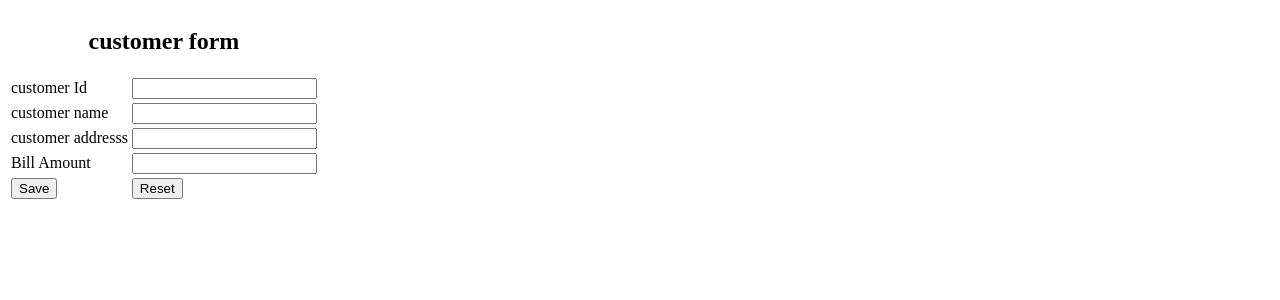
Repository: theplaygod97/Deloitte
Page: Day 16/SpringMVCDemo1/WebContent/Customer Form.html
An editor plug-in stored every save of this project. The page is shown before and after the next save, followed by the edit.
The browser window is 1280 px wide. The pictures show the whole page.

Above is the page before, as saved 2020-01-13 10:55:25.

After the next save:
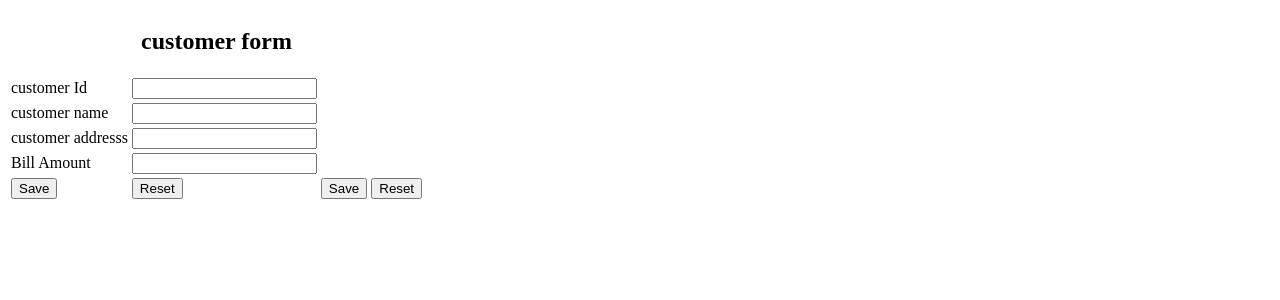
Saved 112 s later.
--- a/Day 16/SpringMVCDemo1/WebContent/Customer Form.html
+++ b/Day 16/SpringMVCDemo1/WebContent/Customer Form.html
@@ -22,7 +22,9 @@
 
 <tr><td>Bill Amount</td><td><input type="text" name="billAmount" id="billAmount"></td></tr>
 
-<tr><td><input type="submit" value="Save"></td><td><input type="reset" value="Reset" /></td></tr>
+<tr><td><input type="submit" value="Save"></td><td><input type="reset" value="Reset" /></td>
+
+<td><input type="submit" value="Save" formaction="updateCustomer"></td><td><input type="reset" value="Reset" /></td></tr>
 
 </table>
 </form>
